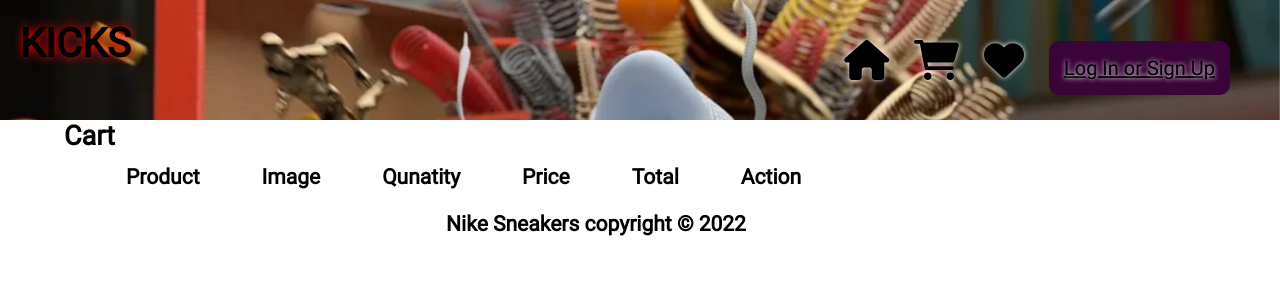
Repository: Puttaz/Kicks
Page: cart.html
The author's editor kept a copy of each file at every save. The page is drawn from the files as they stood at one save, then again after the next save.
The browser window is 1280 px wide. The pictures show the whole page.

Above is the page before, as saved 2023-04-13 11:40:43.

### cart.html
<!DOCTYPE html>
<html lang="en">
<head>
    <meta charset="UTF-8">
    <meta http-equiv="X-UA-Compatible" content="IE=edge">
    <meta name="viewport" content="width=device-width, initial-scale=1.0">
    <meta name="description" content="NIKE Nike Sneakers">
    <meta name="keywords" content="NIKE, nike, sneakers, buy sneakers">
    <meta name="author" content="Pubudu Bandara">
    <title>Nike Sneakers</title>
    <script src="https://code.jquery.com/jquery-3.6.4.js" integrity="sha256-a9jBBRygX1Bh5lt8GZjXDzyOB+bWve9EiO7tROUtj/E=" crossorigin="anonymous"></script>
    <script src="js/cart.js"></script>
    <link rel="stylesheet" href="css/styles.css">
    <link rel="stylesheet" href="css/layout.css">
    <link rel="stylesheet" href="https://cdnjs.cloudflare.com/ajax/libs/font-awesome/6.2.1/css/all.min.css" integrity="sha512-MV7K8+y+gLIBoVD59lQIYicR65iaqukzvf/nwasF0nqhPay5w/9lJmVM2hMDcnK1OnMGCdVK+iQrJ7lzPJQd1w==" crossorigin="anonymous" referrerpolicy="no-referrer">
</head>
<body>
    <div class="parallax parallax-cart">
        <header class="pheader">
            <h1>KICKS</h1>
        </header>
        <div class="hamburger">
            <i class="fa-solid fa-bars fa-4x"></i>
        </div>
        <nav class="pnav">
            <ul class="pnav">
                <li><a href="index.html"><i class="fa-solid fa-house fa-2x"></i></a></li>
                <li><a href="cart.html"><i class="fa-solid fa-cart-shopping fa-2x"></i></a></li>
                <li><a href="index.html"><i class="fa-solid fa-heart fa-2x"></i></a></li>
                <li><a href="index.html" class="button">Log In or Sign Up</a></li>
            </ul>
        </nav>
    </div>

    <section class="container" id="men">
        <div class="cat-header">
            <h2>Cart</h2>
        </div>
        <div>
            <div class ="cart-items">
                <table  class="cart">
                    <tr><th><h3>Product</h3></th><th><h3>Image</h3></th><th><h3>Qunatity</h3></th><th><h3>Price</h3></th><th><h3>Total</h3></th><th><h3>Action</h3></th></tr>
                </table>

            </div>
        </div>

    </section>


    <footer class="footer container">
        <h3>Nike Sneakers copyright &copy; 2022 </h3>
    </footer>
</body>
</html>

### js/cart.js
$(document).ready(function(){
    var items = []
    if(localStorage.getItem('items')){
        console.log("items found")
        items = JSON.parse(localStorage.getItem('items'))
    }

    var str = '';
    for (var i = 0; i < items.length; i++) {
        var quantityId = items[i].name+'-quantity';
        var removeId = +items[i].name+'-btn';
        str += '<tr class="item" id="'+items[i].name+'">' +
          '<td><h3>' + items[i].name +'</h3></td>'+
          '<td><img src = ' + items[i].img + '></td>' +
          '<td><input class="quantity" type="number" value = '+items[i].quantity+'></input></td>'+
          '<td><p>' + items[i].price +  '</p></td>'+
          '<td><p>' + items[i].price * items[i].quantity+  '</p></td>'+
          '<td><button class="remove-btn">Remove</button></td>'+
          '</tr>';
    }
    $(".cart").append(str);

    var removeBtns = document.getElementsByClassName('remove-btn')
    for (var i = 0; i < removeBtns.length; i++) {
        var button = removeBtns[i]
        button.addEventListener('click', removeCartItem)
    }
})

function removeCartItem(event) {
    var buttonClicked = event.target;
    var rowElement = buttonClicked.parentElement.parentElement;

    if(localStorage.getItem('items')){
        items = JSON.parse(localStorage.getItem('items'))

        for (let j = 0; j < items.length; j++){
            if (rowElement.id == items[j].name){
                items.splice(j, 1);
                console.log("item found" + j)
                // cart.splice(cart[j],1);
            }
        }

        console.log(items)

        // let index = cart.indexOf(rowElement.id)
        // if (index > -1) {
        //     items = items.splice(index, 1);
        // }
        localStorage.setItem('items',JSON.stringify(items))
        window.alert("Item Removed")

    }
    else{
        window.alert("Item Already removed")
    }
    buttonClicked.parentElement.parentElement.remove()
    //updateCartTotal()
}

var reload = function(){
    var items = []
    if(localStorage.getItem('items')){
        console.log("items found")
        items = JSON.parse(localStorage.getItem('items'))
    }

    var str = '';
    for (var i = 0; i < items.length; i++) {
        var quantityId = items[i].name+'-quantity';
        var removeId = +items[i].name+'-btn';
        str += '<tr>' +
          '<td><h3>' + items[i].name +'</h3></td>'+
          '<td><img src = ' + items[i].img + '></td>' +
          '<td><input id="'+items[i].name+'-quantity" type="number" value = '+items[i].quantity+'></input></td>'+
          '<td><p>' + items[i].price +  '</p></td>'+
          '<td><p>' + items[i].price * items[i].quantity+  '</p></td>'+
          '<td><button id="'+items[i].name+'-btn" >Remove</button></td>'+
          '</tr>';

        //   $('#'+quantityId).bind('keyup mouseup', function () {
        //     for (var i = 0; i < items.length; i++) {
        //         if(items[i].name = items[i].name){
        //             items[i].quantity = $('#'+quantityId).value;
        //             reload();
        //         }
        //         }
        //     });
        // $('#'+quantityId).on('click',function(){
        //     items = items.splice(i, 1);
        //     localStorage.setItem('items',JSON.stringify(items));
        //     reload();
        // });
    }
    // str+='</div>';

    $(".cart").append(str);
}

### css/styles.css
@font-face {
    font-family: Roboto;
    src: url('../fonts/Roboto/Roboto-Regular.ttf');
}

body{
    font: 18px Roboto, Helvetica, sans-serif;
    background-color: white;
}

.container{
    text-align: center;
}

.pheader h1{
    color: black;
    text-shadow: 0 0 10px red;
    font-size: 40px;
    margin: 0;
}

.pheader h3{
    color: rgb(57, 4, 57);
    text-shadow: 0 0 5px #fff;
    font-size: 25px;
}

.pnav {
    color: black;
    text-shadow: 0 0 5px #fff;
    font-size: 20px;
    text-align: center;
}

.hamburger{
    cursor: pointer;
    display: none;
}

.fa-solid {
    color: black;
  }

a.button {
    border-radius: 10px;
    padding: 15px;
    background-color: #390439;
    font-size: 20px;
    color: white;
}

.category li{
    font-size: 3rem;
}

.category a:visited,a:active,a:link {
    color: black;
}

.category a:hover{
    color: white;
    background-color: black;
}

.news{
    background-color: blueviolet;
}

.news h3 {
    text-align: center;
}

.news form {
    text-align: center;
}

.news input,button {
    font-size: 1.25rem;
}

.sub-button {
    border-radius: 10px;
    padding: 0 15px;
    background-color: #390439;
    font-size: 20px;
    color: white;
}

.cat-header{
    text-align: left;
}

.cat-nav li{
    font-size: large;
}

.footer{
    text-align: center;
}

@media (max-width: 1024px) {
    .pheader h1{
        font-size: 30px;
    }
    .pheader h3{
        font-size: 20px;
    }
    .pnav {
        font-size: 15px;
    }
    a.button {
        font-size: 15px;
    }
}
@media (max-width: 768px) {
    .pnav{
        display: none;
    }
    .hamburger{
        display: block;
    }
}

.slider-outer {
    overflow: auto;
    margin: auto 20%;
}

.slider-inner {
    width: 95%;
    margin: 40px auto;
    position: relative;
    float: left;
    border: #666 solid 2px;
}

.slider-inner img{
    display: none;
    width: 100%;
    height:auto;
}

.slider-inner img.active{
    display:inline-block;
}

.prev{
    float:left;
    margin-top: 30%;
    cursor: pointer;
    position: relative;
    margin-right: -45px;
    z-index: 100;
}

.next{
    float:left;
    margin-top: 30%;
    cursor: pointer;
    position: relative;
    margin-left: -45px;
    z-index: 100;
}

.cart-items {
    margin: 10px 30px;
}
.cart-items img{
    display: inline;
    width: 10%;
    height: auto;
    margin: 10px 30px;
}

.cart-items h3{
    display: inline;
    margin: 10px 30px;
}

.cart-items p{
    display: inline;
    margin: 10px 30px;
}

.cart-items input{
    display: inline;
    margin: 10px 30px;
}

.cart-items button{
    display: inline;
    margin: 10px 30px;
}

.cart h3{
    margin: 10px 30px;
}

### css/layout.css
* {
    margin: 0;
    padding: 0;
}

.container{
    width: 90%;
    margin: auto;
}

.social ul{
    float:right;
}

.search form{
    float: right;
    margin: 10px;
}

.social li{
    display: inline-block;
    padding: 10px;
}

.parallax {
    clear: both;
    /* The image used */
    background-image: url("../media/images/background.jpg");

    /* Set a specific height */
    min-height: 1000px;
    display: flex;
    justify-content: space-between;
    /* Create the parallax scrolling effect */
    background-attachment: fixed;
    background-position: center;
    background-repeat: no-repeat;
    background-size: cover;
}

.parallax-red {
    clear: both;
    background-image: url("../media/images/background_red.jpg");
    min-height: 1000px;
    display: flex;
    justify-content: space-between;
    background-attachment: fixed;
    background-position: center;
    background-repeat: no-repeat;
    background-size: cover;
}

.parallax-blue {
    clear: both;
    background-image: url("../media/images/background_blue.jpg");
    min-height: 1000px;
    display: flex;
    justify-content: space-between;
    background-attachment: fixed;
    background-position: center;
    background-repeat: no-repeat;
    background-size: cover;
}

.parallax-yellow {
    clear: both;
    background-image: url("../media/images/background_yellow.jpg");
    min-height: 1000px;
    display: flex;
    justify-content: space-between;
    background-attachment: fixed;
    background-position: center;
    background-repeat: no-repeat;
    background-size: cover;
}

.pheader{
    margin: 20px;
}
.pnav{
    margin: 20px;
}

.pnav li{
    display: inline-block;
    padding: 0px 10px;
}

.hamburger{
    padding: 20px;
}

.category li{
    display: inline-block;
    padding: 10px;
    margin: 20px;
}

.news{
    margin: auto;
    height: 150px;
    display: flex;
}

.news h3 {
    width: 35%;
    margin: 40px 10%;
}

.news form {
    width: 35%;
    margin: 40px 10%;
}

.news input,button {
    height: 50px;
}

.vedio-container {
    position: relative;
    width: 100%;
    padding-bottom: 56.25%;
    height: 0;
}

.vedio-container iframe {
    position: absolute;
    top: 0;
    left: 0;
    width: 100%;
    height: 100%;
}

.cat-nav{
    display: flex;
}

.cat-nav li{
    display: inline-block;
    margin: 10px 20px;
}

.cat-nav li:first-child{
    margin: 10px 0;
}

.cat-content {
    column-count: 2;
}

.cat-content img{
    width: 75%;
    height: auto;
}

.cat-content p {
    margin: 5px;
}
.cat-content button {
    margin-bottom: 10px ;
}

.footer{
    margin: 10px;
    padding: 10px;
}

@media (max-width: 1200px) {
    .parallax {
        min-height: 700px;
        background-position: 0 -200px;
    }
}
@media (max-width: 1024px) {
    .parallax {
        min-height: 550px;
        background-position: 0 -200px;
    }
}
@media (max-width: 768px) {
    .parallax {
        min-height: 400px;
        background-position: 0 -200px;
    }
}
@media (max-width: 480px) {
    .parallax {
        min-height: 200px;
        background-position: 0 -100px;
        background-size: 400px 500px;
    }
}

.parallax-men {
    min-height: 60px;
}

.parallax-cart {
    min-height: 60px;
}

After the next save:
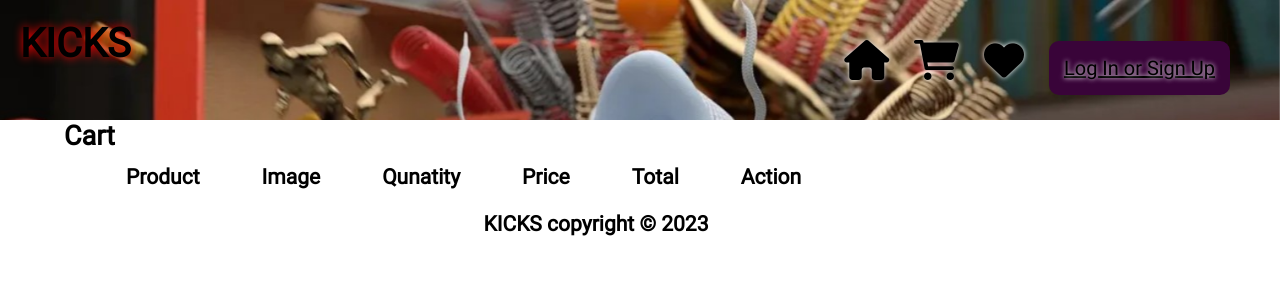
Saved 39 s later.
--- a/cart.html
+++ b/cart.html
@@ -49,7 +49,7 @@
 
 
     <footer class="footer container">
-        <h3>Nike Sneakers copyright &copy; 2022 </h3>
+        <h3>KICKS copyright &copy; 2023 </h3>
     </footer>
 </body>
 </html>
